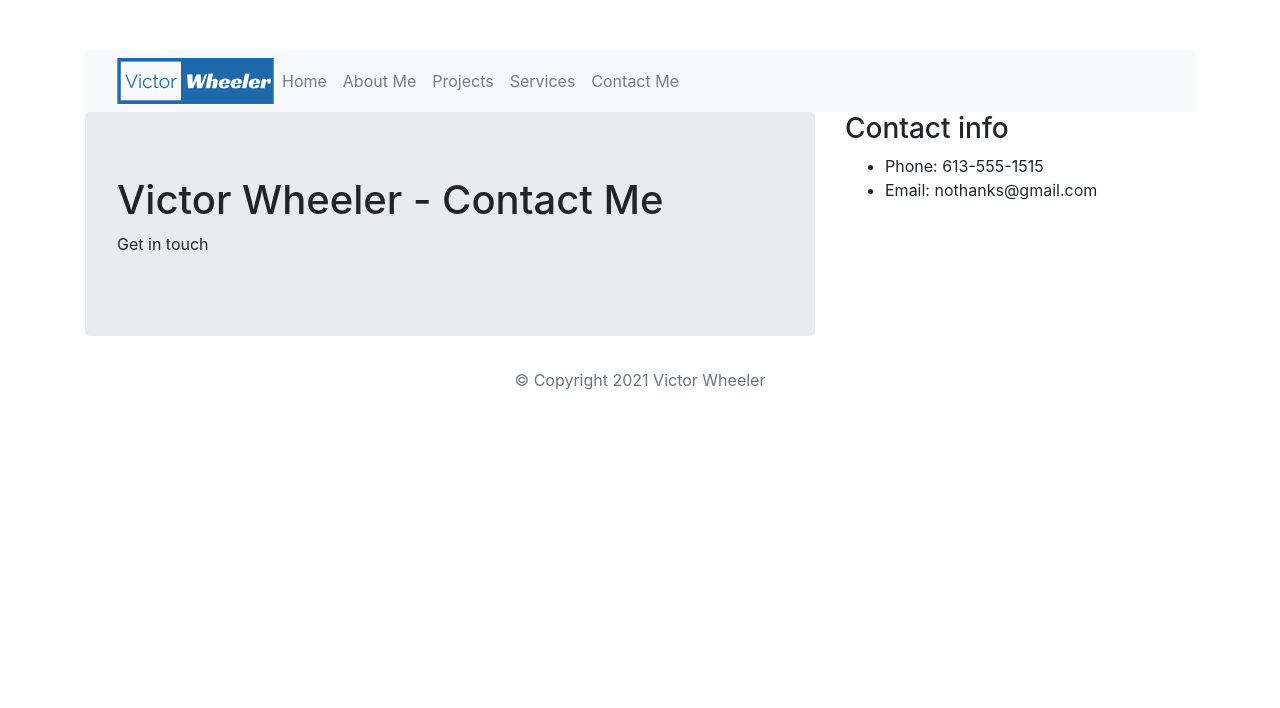
Repository: VictorWheeler/COMP_229_301167760
Page: http://localhost/contact
The author's editor kept a copy of each file at every save. The page is drawn from the files as they stood at one save, then again after the next save.
The browser window is 1280 px wide. The pictures show the whole page.
The page is served by the project's Node server (server.js).

Above is the page before, as saved 2021-09-30 10:18:11.

### Express-Portfolio-Site/views/pages/contact.ejs
<!DOCTYPE html>
<html lang="en">
<head>
  <%- include('../partials/head'); %>
</head>
<body class="container">

<header>
  <%- include('../partials/header'); %>
</header>

<main>
<div class="row">
  <div class="col-sm-8">
    <div class="jumbotron">
      <h1>Victor Wheeler - Contact Me</h1>
      <p>Get in touch</p>
    </div>
  </div>

  <div class="col-sm-4">
    <div class="well">
      <h3>Contact info</h3>
      <ul>
      <li>Phone: 613-555-1515</li>
      <li>Email: nothanks@gmail.com</li>
      </ul>
    </div>
  </div>
</div>
</main>

<footer>
  <%- include('../partials/footer'); %>
</footer>

</body>
</html>

### Express-Portfolio-Site/views/partials/head.ejs
<meta charset="UTF-8">
<title>Victor Wheeler</title>

<!-- CSS (load bootstrap from a CDN) -->
<link rel="stylesheet" href="https://cdnjs.cloudflare.com/ajax/libs/twitter-bootstrap/4.5.2/css/bootstrap.min.css">
<style>
  body { padding-top:50px; }
</style>

### Express-Portfolio-Site/views/partials/header.ejs
<nav class="navbar navbar-expand-lg navbar-light bg-light">
  <a class="navbar-brand"></a><img class="logo" src="/images/vw_logo.png" width="157" height="46" alt="why">
   <ul class="navbar-nav mr-auto">
    <li class="nav-item">
      <a class="nav-link" href="/">Home</a>
    </li>
    <li class="nav-item">
      <a class="nav-link" href="/about">About Me</a>
    </li>
    <li class="nav-item">
      <a class="nav-link" href="/projects">Projects</a>
    </li>
    <li class="nav-item">
      <a class="nav-link" href="/services">Services</a>
    </li>
    <li class="nav-item">
      <a class="nav-link" href="/contact">Contact Me</a>
    </li>
  </ul>
</nav>

### Express-Portfolio-Site/views/partials/footer.ejs
<p class="text-center text-muted">&copy; Copyright 2021 Victor Wheeler</p>

### Express-Portfolio-Site/server.js
var express = require('express');
var app = express();
var root = require('path').join(__dirname,'/public');


// set the view engine to ejs
app.set('view engine', 'ejs');

//set public folder as static
app.use(express.static(root));

// use res.render to load up an ejs view file

// Home page page
app.get('/', function(req, res) {
  res.render('pages/index');
});

// About Me page
app.get('/about', function(req, res) {
  res.render('pages/about');
});

// Projects page
app.get('/projects', function(req, res) {
    res.render('pages/projects');
  });

  // Services page
app.get('/services', function(req, res) {
    res.render('pages/services');
  });

  // Contact Me page
app.get('/contact', function(req, res) {
    res.render('pages/contact');
  });

app.listen(3000);
console.log('Server is listening on port 3000');

After the next save:
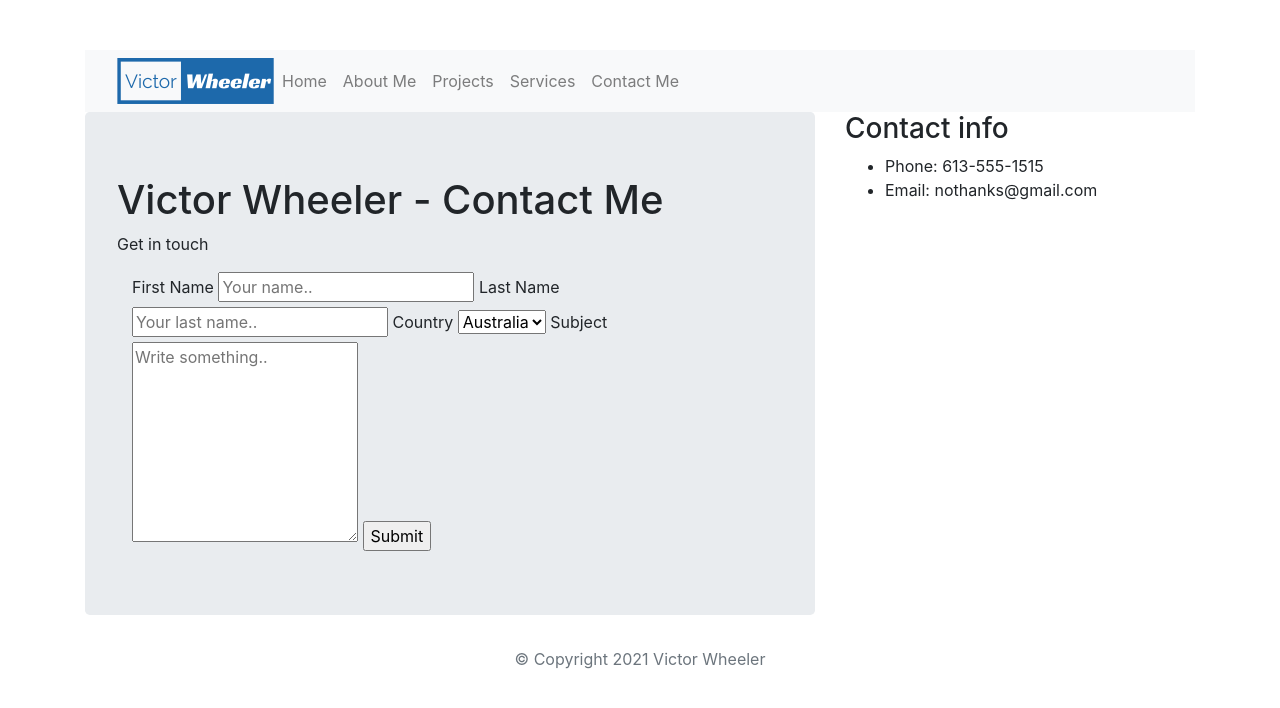
Saved 46 s later.
--- a/Express-Portfolio-Site/views/pages/contact.ejs
+++ b/Express-Portfolio-Site/views/pages/contact.ejs
@@ -15,6 +15,29 @@
     <div class="jumbotron">
       <h1>Victor Wheeler - Contact Me</h1>
       <p>Get in touch</p>
+      <div class="container">
+  <form action="action_page.php">
+
+    <label for="fname">First Name</label>
+    <input type="text" id="fname" name="firstname" placeholder="Your name..">
+
+    <label for="lname">Last Name</label>
+    <input type="text" id="lname" name="lastname" placeholder="Your last name..">
+
+    <label for="country">Country</label>
+    <select id="country" name="country">
+      <option value="australia">Australia</option>
+      <option value="canada">Canada</option>
+      <option value="usa">USA</option>
+    </select>
+
+    <label for="subject">Subject</label>
+    <textarea id="subject" name="subject" placeholder="Write something.." style="height:200px"></textarea>
+
+    <input type="submit" value="Submit">
+
+  </form>
+</div>
     </div>
   </div>
 

After the 2 saves that followed:
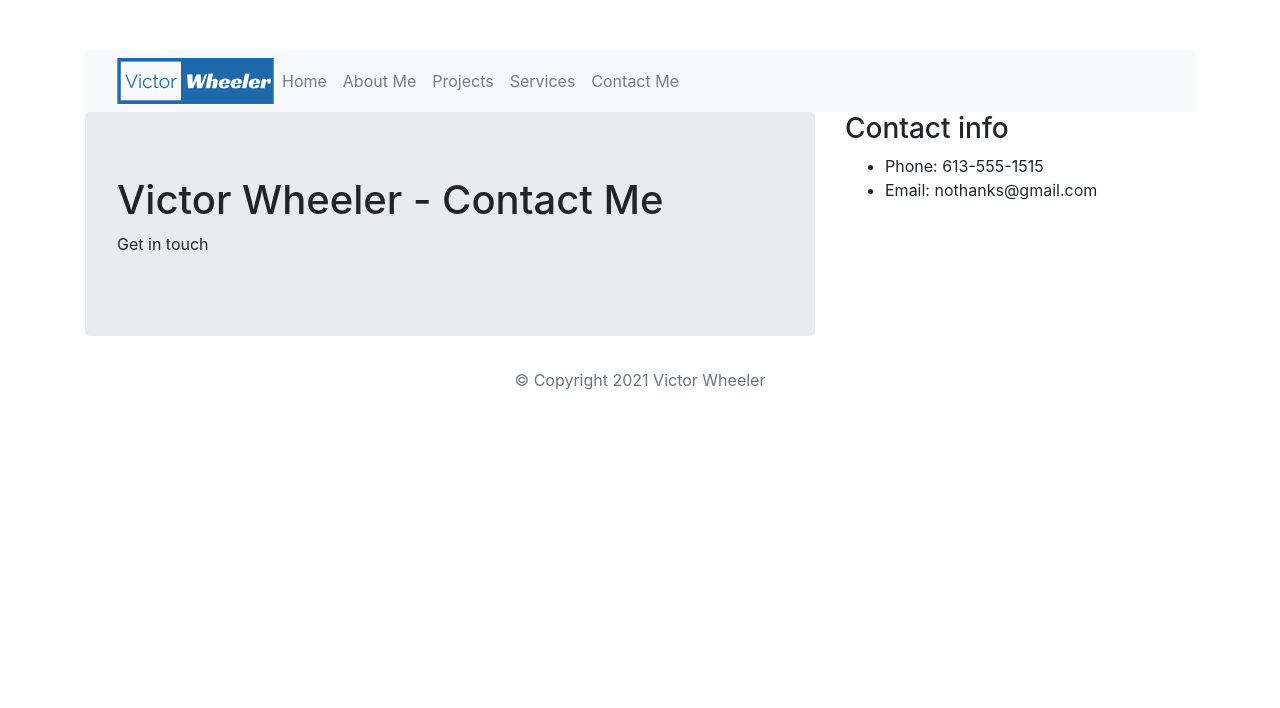
The 2 saves are shown as one change because 1 left the picture as it was.
The last was saved 5 min 17 s later.
--- a/Express-Portfolio-Site/views/pages/contact.ejs
+++ b/Express-Portfolio-Site/views/pages/contact.ejs
@@ -15,29 +15,7 @@
     <div class="jumbotron">
       <h1>Victor Wheeler - Contact Me</h1>
       <p>Get in touch</p>
-      <div class="container">
-  <form action="action_page.php">
 
-    <label for="fname">First Name</label>
-    <input type="text" id="fname" name="firstname" placeholder="Your name..">
-
-    <label for="lname">Last Name</label>
-    <input type="text" id="lname" name="lastname" placeholder="Your last name..">
-
-    <label for="country">Country</label>
-    <select id="country" name="country">
-      <option value="australia">Australia</option>
-      <option value="canada">Canada</option>
-      <option value="usa">USA</option>
-    </select>
-
-    <label for="subject">Subject</label>
-    <textarea id="subject" name="subject" placeholder="Write something.." style="height:200px"></textarea>
-
-    <input type="submit" value="Submit">
-
-  </form>
-</div>
     </div>
   </div>
 
--- a/Express-Portfolio-Site/server.js
+++ b/Express-Portfolio-Site/server.js
@@ -1,13 +1,17 @@
 var express = require('express');
 var app = express();
-var root = require('path').join(__dirname,'/public');
+
+const bodyParser = require('body-parser')
+app.use(bodyParser.urlencoded({extended: true}))
+
+const nodemailer = require('nodemailer')
 
 
 // set the view engine to ejs
 app.set('view engine', 'ejs');
 
 //set public folder as static
-app.use(express.static(root));
+app.use(express.static("public"));
 
 // use res.render to load up an ejs view file
 
@@ -36,5 +40,38 @@ app.get('/contact', function(req, res) {
     res.render('pages/contact');
   });
 
+  // POST route from contact form
+app.post('/contact', (req, res) => {
+
+  // Instantiate the SMTP server
+  const smtpTrans = nodemailer.createTransport({
+    host: 'smtp.gmail.com',
+    port: 465,
+    secure: true,
+    auth: {
+      user: GMAIL_USER,
+      pass: GMAIL_PASS
+    }
+  })
+
+  // Specify what the email will look like
+  const mailOpts = {
+    from: 'Your sender info here', // This is ignored by Gmail
+    to: GMAIL_USER,
+    subject: 'New message from contact form at tylerkrys.ca',
+    text: `${req.body.name} (${req.body.email}) says: ${req.body.message}`
+  }
+
+  // Attempt to send the email
+  smtpTrans.sendMail(mailOpts, (error, response) => {
+    if (error) {
+      res.render('contact-failure') // Show a page indicating failure
+    }
+    else {
+      res.render('contact-success') // Show a page indicating success
+    }
+  })
+})
+
 app.listen(3000);
 console.log('Server is listening on port 3000');
